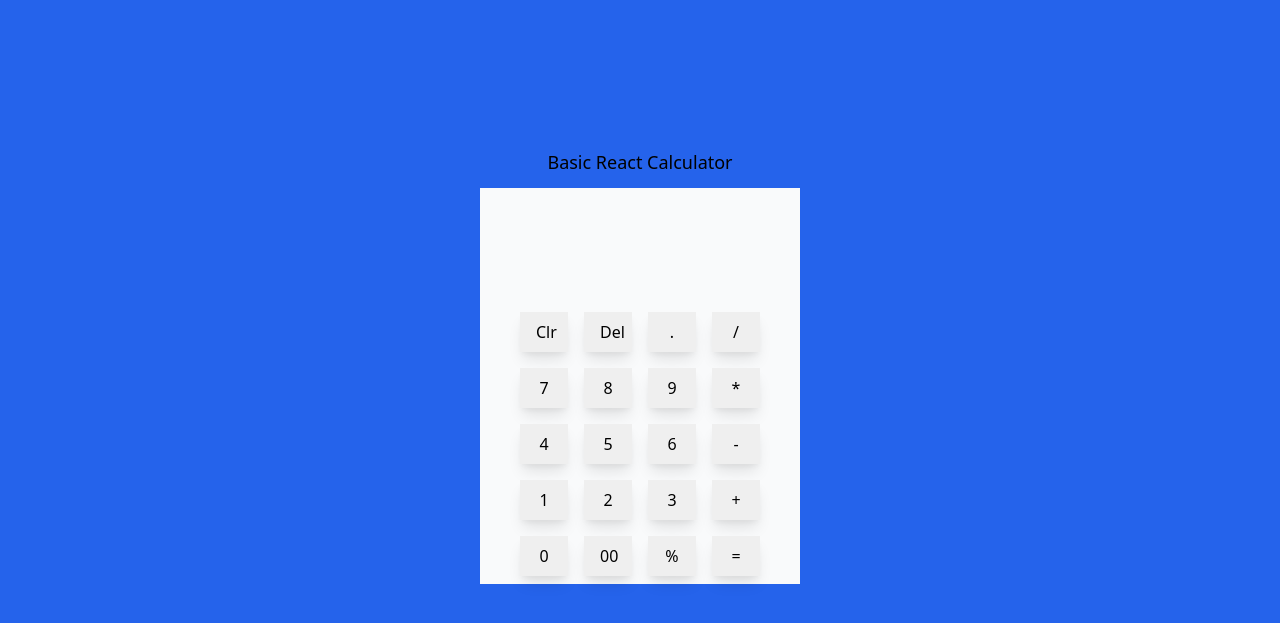
Repository: latenightsnacc/React-Calculator
Page: / (app in docs/react-calculator/)
The author's editor kept a copy of each file at every save. The page is drawn from the files as they stood at one save, then again after the next save.
The browser window is 1280 px wide. The pictures show the whole page.
The project was rebuilt for these pictures with package versions that can differ from the ones it lists, and the page was loaded fresh each time. Also part of the build but not shown: docs/react-calculator/craco.config.js.

Above is the page before, as saved 2021-11-11 16:00:34.

### docs/react-calculator/src/App.js
import Calculator from './components/Calculator';

function App() {
  return (
    <div className="overflow-hidden">
      <Calculator />
    </div>
  );
}

export default App;

### docs/react-calculator/src/components/Calculator.js
import React, { Component } from 'react'
import CalculatorTitle from './CalculatorTitle'
import CalculatorScreen from './CalculatorScreen'
import Button from './Button'

class Calculator extends Component {
    render() {
        return (
            <div className="bg-blue-600 w-full h-screen flex flex-col justify-center items-center">
                <CalculatorTitle value="Basic React Calculator" />
                <div className="w-full flex flex-col justify-center items-center md:w-80 bg-gray-50">
                    <CalculatorScreen />
                    <div className="button-row">
                        <Button label={'Clr'} />
                        <Button label={'Del'} />
                        <Button label={'.'}/>
                        <Button label={'/'}/>
                    </div>
                    <div className="button-row">
                        <Button label={'7'}/>
                        <Button label={'8'}/>
                        <Button label={'9'}/>
                        <Button label={'*'}/>
                    </div>
                    <div className="button-row">
                        <Button label={'4'}/>
                        <Button label={'5'}/>
                        <Button label={'6'}/>
                        <Button label={'-'}/>
                    </div>
                    <div className="button-row">
                        <Button label={'1'}/>
                        <Button label={'2'}/>
                        <Button label={'3'}/>
                        <Button label={'+'}/>
                    </div>
                    <div className="button-row">
                        <Button label={'0'}/>
                        <Button label={'00'}/>
                        <Button label={'%'}/>
                        <Button label={'='}/>
                    </div>

                </div>
            </div>
        )
    }
}

export default Calculator

### docs/react-calculator/src/components/CalculatorTitle.js
import React from 'react'

function CalculatorTitle(props) {
    return (
        <div className='my-3 text-lg'>
            {props.value}
        </div>
    )
}

export default CalculatorTitle

### docs/react-calculator/src/components/CalculatorScreen.js
import React from 'react'
import CalculatorOutputRow from './CalculatorOutputRow'

const CalculatorScreen = () => {
    return (
        <div className="bg-gray-50 mb-1 rounded flex flex-col items-center justify-center w-full h-28">
            <CalculatorOutputRow/>
            <CalculatorOutputRow/>
        </div>
    )
}

export default CalculatorScreen;

### docs/react-calculator/src/components/Button.js
import React from 'react'

const Button = (props) => {
    return(
        <input className="shadow-lg w-12 m-2 py-2 px-4 hover:bg-blue-600  hover:text-gray-50 hover:shadow-2xl"
            type="button"
            value={props.label}
        />
    )
}

export default Button;

### docs/react-calculator/src/components/CalculatorOutputRow.js
import React from 'react';

const CalculatorOutputRow = () => {
    return(
        <div className="">
            <input className="bg-transparent p-2 my-1 w-full" type="text" readOnly />
        </div>
    )
}

export default CalculatorOutputRow

Loaded but not shown: docs/react-calculator/public/index.html (common file); docs/react-calculator/src/index.js (common file); docs/react-calculator/src/index.css (common file); docs/react-calculator/src/reportWebVitals.js (common file); docs/react-calculator/tailwind.config.js (common file)

After the next save:
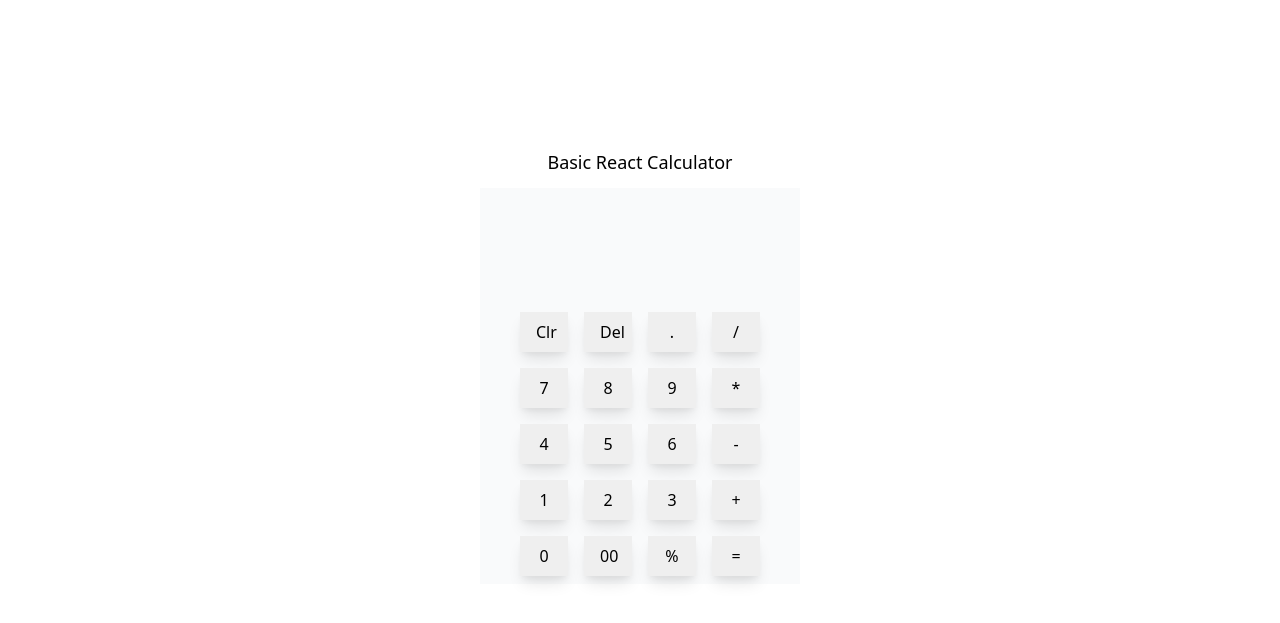
Saved 22 s later.
--- a/docs/react-calculator/src/components/Calculator.js
+++ b/docs/react-calculator/src/components/Calculator.js
@@ -6,7 +6,7 @@ import Button from './Button'
 class Calculator extends Component {
     render() {
         return (
-            <div className="bg-blue-600 w-full h-screen flex flex-col justify-center items-center">
+            <div className="w-full h-screen flex flex-col justify-center items-center">
                 <CalculatorTitle value="Basic React Calculator" />
                 <div className="w-full flex flex-col justify-center items-center md:w-80 bg-gray-50">
                     <CalculatorScreen />
